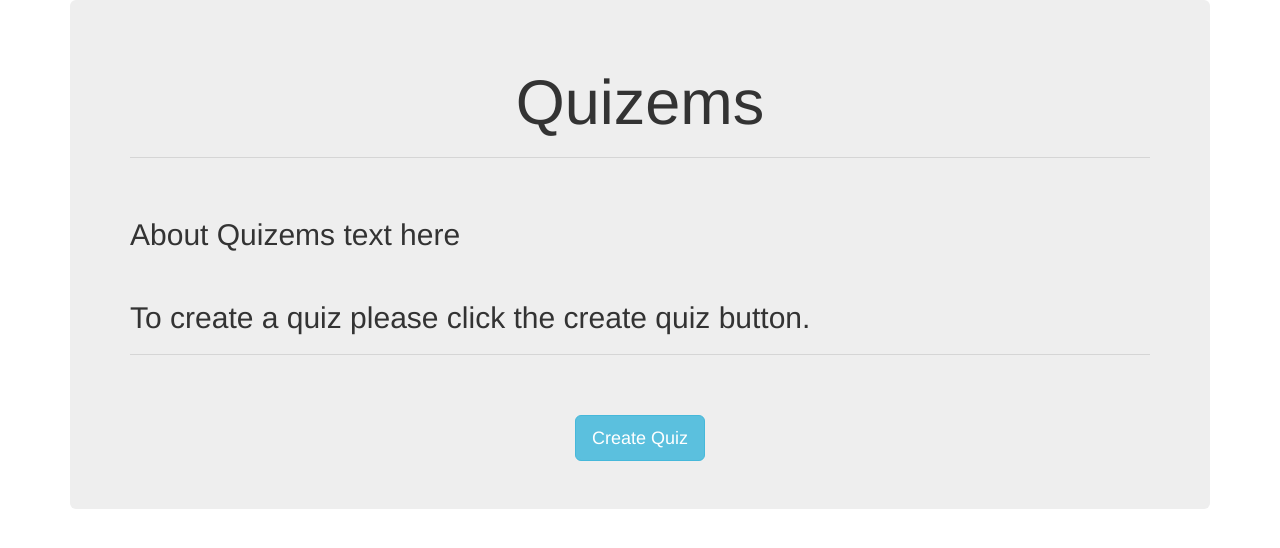
Repository: phillipdacosta/QuizemsNew
Page: /
The author's editor kept a copy of each file at every save. The page is drawn from the files as they stood at one save, then again after the next save.
The browser window is 1280 px wide. The pictures show the whole page.
Some web libraries are served in a nearby version. The project was rebuilt for these pictures with package versions that can differ from the ones it lists, and the page was loaded fresh each time. Also part of the build but not shown: angular.json, src/app/professor/professor.component.ts, src/app/data.service.ts, src/app/question.model.ts, src/app/quiz/quiz.component.ts, src/app/student/student.component.ts, src/app/questions/questions.component.ts, src/app/question-display/question-display.component.ts and 1 more.

Above is the page before, as saved 2019-06-30 16:16:53.

### src/index.html
<!doctype html>
<html>
<head>
  <meta charset="utf-8">
  <title>Angular Bootstrap Demo</title>
  <base href="/">
  <meta name="viewport" content="width=device-width, initial-scale=1">
  <link rel="icon" type="image/x-icon" href="favicon.ico">
  <link rel="stylesheet" href="https://maxcdn.bootstrapcdn.com/bootstrap/3.3.7/css/bootstrap.min.css" integrity="sha384-BVYiiSIFeK1dGmJRAkycuHAHRg32OmUcww7on3RYdg4Va+PmSTsz/K68vbdEjh4u" crossorigin="anonymous">
</head>
<body>
  <app-root>Loading...</app-root>
  <script src="https://code.jquery.com/jquery-3.1.1.min.js" integrity="sha256-hVVnYaiADRTO2PzUGmuLJr8BLUSjGIZsDYGmIJLv2b8=" crossorigin="anonymous"></script>
  <script src="https://maxcdn.bootstrapcdn.com/bootstrap/3.3.7/js/bootstrap.min.js" integrity="sha384-Tc5IQib027qvyjSMfHjOMaLkfuWVxZxUPnCJA7l2mCWNIpG9mGCD8wGNIcPD7Txa" crossorigin="anonymous"></script>
</body>
</html>

### src/app/app-routing.module.ts
import { NgModule } from '@angular/core';
import { Routes, RouterModule } from '@angular/router';
import { ProfessorComponent } from './professor/professor.component';
import { QuestionsComponent } from './questions/questions.component';
import { QuizComponent } from './quiz/quiz.component';
import { AboutComponent } from './about/about.component';

const routes: Routes = [

  {
    path: '',
    component: AboutComponent,

 } ,

  {
    path: 'home',
    component: ProfessorComponent,

 } ,


 {
  path: 'quiz',
  component: QuizComponent

}

];

@NgModule({
  imports: [RouterModule.forRoot(routes), RouterModule.forRoot(routes,{useHash:true})],
  exports: [RouterModule]
})
export class AppRoutingModule { }

### src/app/app.component.ts
import { Component } from '@angular/core';

@Component({
  selector: 'app-root',
  templateUrl: './app.component.html',
  styleUrls: ['./app.component.css']
})
export class AppComponent {
  title = 'quizems';
}

### src/app/about/about.component.ts
import { Component, OnInit } from '@angular/core';
import { Router } from '@angular/router';

@Component({
  selector: 'app-about',
  templateUrl: './about.component.html',
  styleUrls: ['./about.component.css']
})
export class AboutComponent implements OnInit {

  constructor(private router : Router) { }

  navigateToQuiz() {

    this.router.navigateByUrl('home');
  }

  ngOnInit() {
  }

}

### src/app/about/about.component.html

<div class = "container">

<div class = "jumbotron">



<h1 class = "welcomeText">

    Quizems
  </h1>

  <hr>
  <br>
  <h2>

     About Quizems text here
   </h2>

<br>

<h2>
  To create a quiz please click the create quiz button.
</h2>

<hr>
<br>

  <br>

  <div class = "col text-center">



<button type="button" class="btn btn-info btn-lg" (click) = "navigateToQuiz()">Create Quiz</button>

</div>
</div>

</div>

### src/app/about/about.component.css
.welcomeText{

    text-align: center;
}

Loaded but not shown: src/styles.css (common file); src/main.ts (common file); src/app/app.module.ts (common file); src/environments/environment.ts (common file); src/app/app.component.html (common file); src/app/app.component.css (no stored copy; drawn as an empty file)

After the next save:
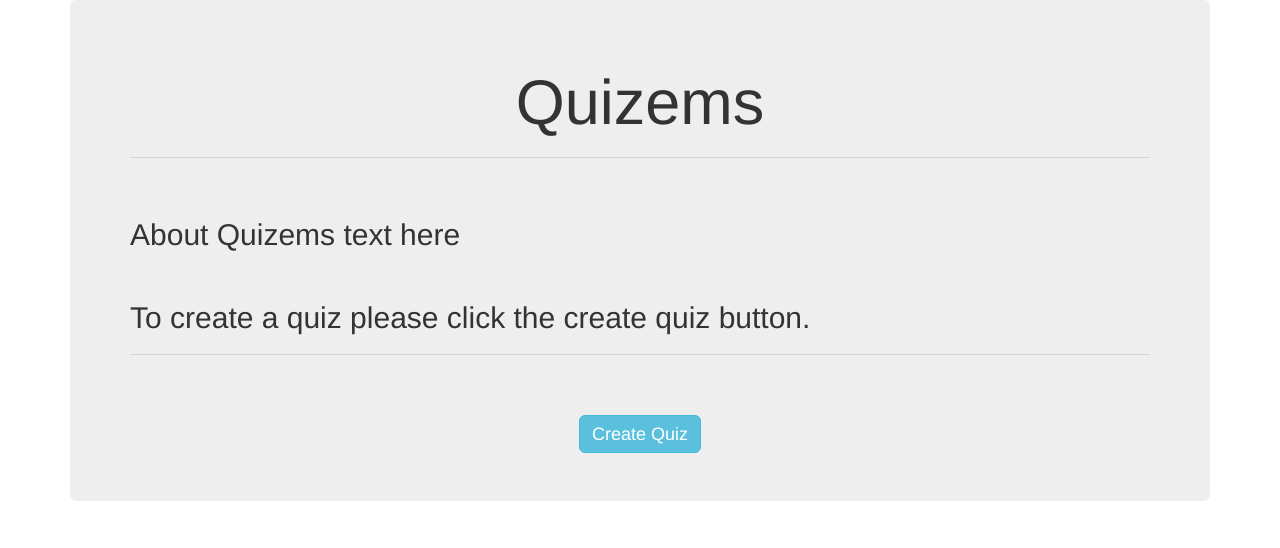
Saved 73 s later.
--- a/src/app/about/about.component.css
+++ b/src/app/about/about.component.css
@@ -2,3 +2,8 @@
 
     text-align: center;
 }
+
+.btn{
+
+    padding: 6px 12px;
+}
